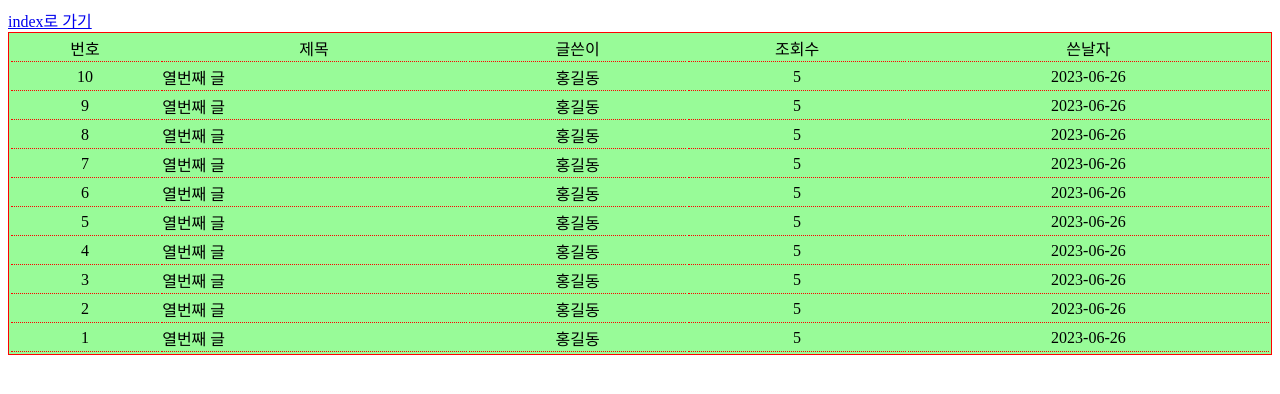
Repository: popll1/Pleiades
Page: http://localhost/jun261/main.jsp
These files come from the project's save history. The page is drawn as it stood at one moment and after the next save; the edit follows.
The browser window is 1280 px wide. The pictures show the whole page.
The page is served by Tomcat 9.

Above is the page before, as saved 2023-06-26 06:32:52.

### jun261/src/main/webapp/main.jsp
<%@ page language="java" contentType="text/html; charset=EUC-KR"
    pageEncoding="UTF-8"%>
<!DOCTYPE html>
<html>
<head>
<meta charset="EUC-KR">
<title>main</title>
<style type="text/css">
 /* 스타일영역입니다 */
 table {
    width : 100%;
    height: 500px;
    background-color: gray;
    border : 1px solid red;
 }
 td {
    border-bottom : 1px red dotted ;
    text-align: center;
 }
 /* id="title" --> #title */
 #title {
    text-align: left;

}


 	</style>
</head>
<body>
	<a href = "./index.jsp">index로 가기 </a>
	<table style = "width: 100%; height : 300px; background-color: #98FB98;">
		<tr>
			<td style ="width = 10%">번호</td>
			<td style ="width = 50%">제목</td>
			<td style ="width = 10%">글쓴이</td>
			<td style ="width = 10%">조회수</td>
			<td style ="width = 20%">쓴날자</td>
		</tr>
		<%for(int i = 10; i > 0; i--){ %>
		<tr>
			<td ><%=i %></td>
			<td id="title">열번째 글</td>
			<td>홍길동</td>
			<td>5</td>
			<td>2023-06-26</td>
		</tr>
		<%} %>
		</table>





</body>
</html>

After the next save:
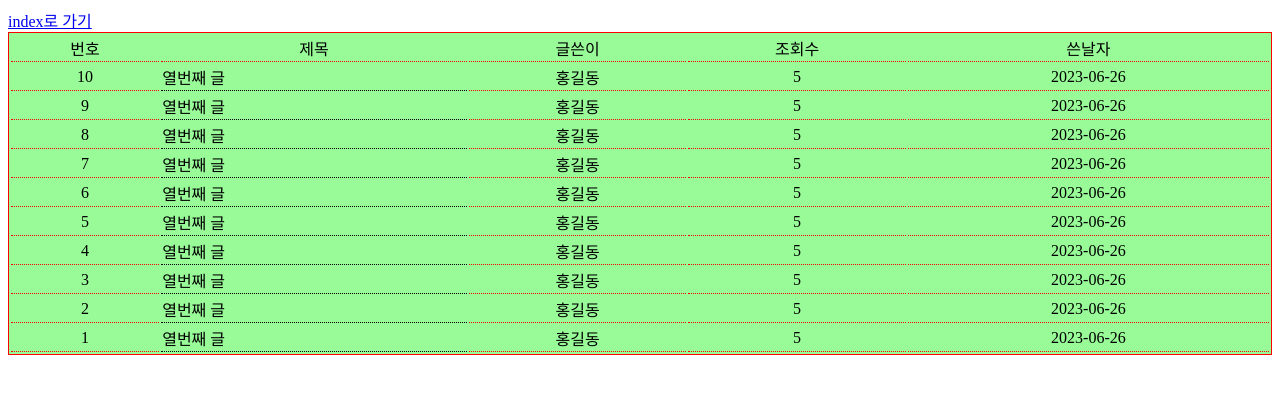
Saved 45 s later.
--- a/jun261/src/main/webapp/main.jsp
+++ b/jun261/src/main/webapp/main.jsp
@@ -19,6 +19,7 @@
  }
  /* id="title" --> #title */
  #title {
+    border-bottom : 1px black dotted ;
     text-align: left;
 
 }

After the save that followed:
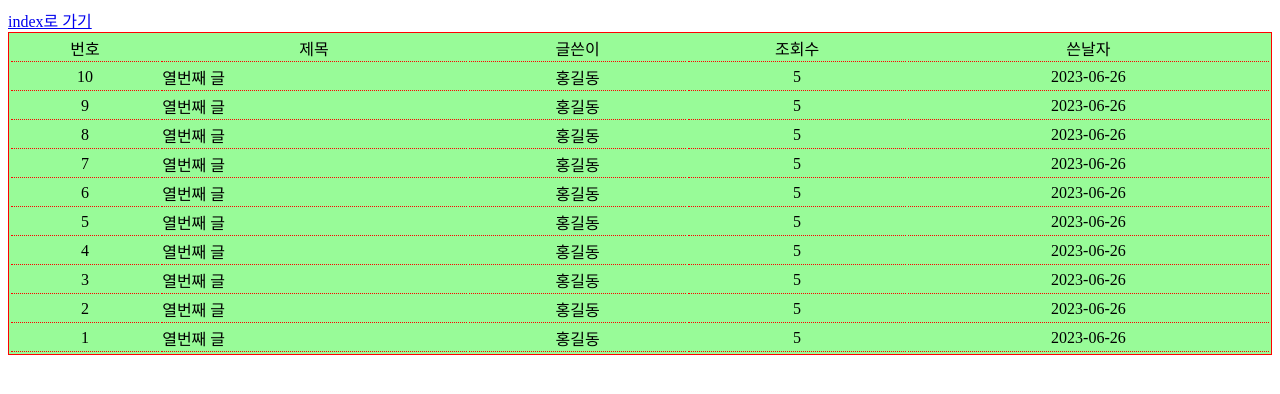
Saved 5 s later.
--- a/jun261/src/main/webapp/main.jsp
+++ b/jun261/src/main/webapp/main.jsp
@@ -19,7 +19,6 @@
  }
  /* id="title" --> #title */
  #title {
-    border-bottom : 1px black dotted ;
     text-align: left;
 
 }
